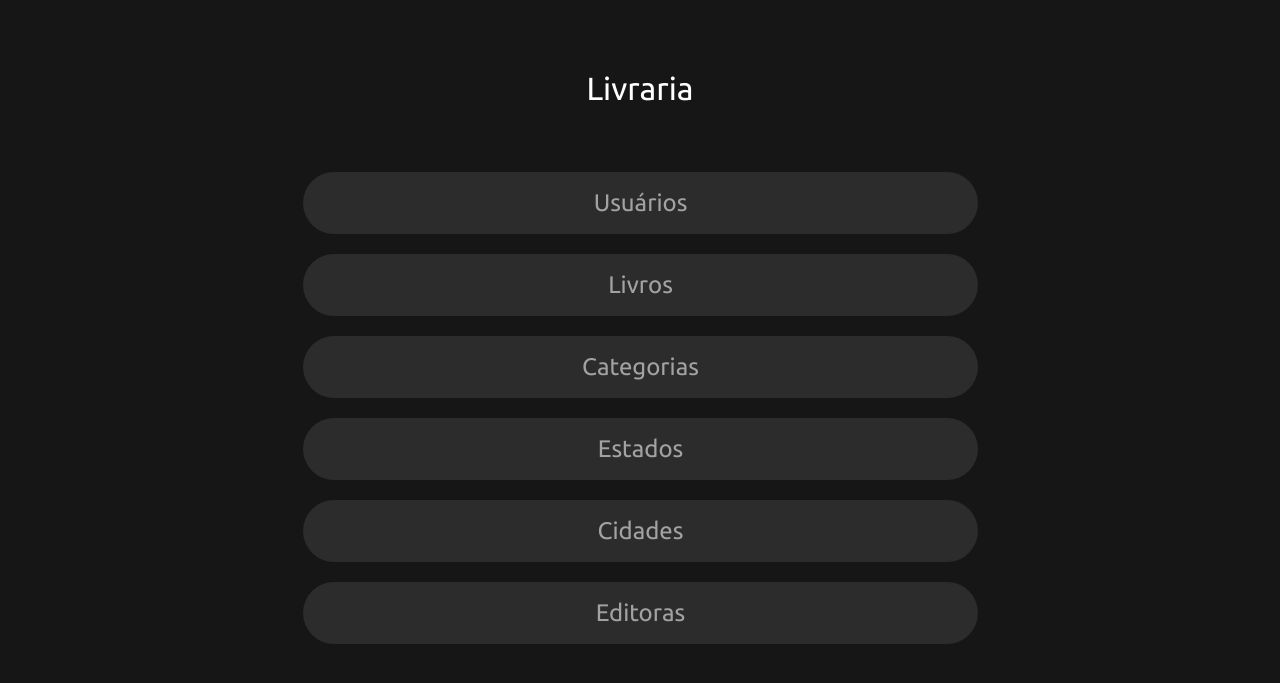
Repository: lxcxcxlxmb/moduleProject
Page: front/home.html
These files come from the project's save history. The page is drawn as it stood at one moment and after the next save; the edit follows.
The browser window is 1280 px wide. The pictures show the whole page.

Above is the page before, as saved 2022-09-06 14:59:21.

### front/home.html
<!DOCTYPE html>
<html lang="en">

<head>
    <meta name="viewport" content="width=device-width, initial-scale=1">
    <meta charset="UTF-8">
    <title>Crossroad</title>
    <link rel="stylesheet" href="style.css">
    <link rel="icon" href="favicon.ico" type="image/x-icon" />
</head>

<style type="text/css">
    @import url('https://fonts.googleapis.com/css2?family=Ubuntu&display=swa');

    :root {
        --accentColor: #35363a;
        --font: 'Ubuntu', sans-serif;
        font-display: swap;
    }

    body {
        background-color: #161616;

    }

    #userPhoto {
        width: 96px;
        height: 96px;
        display: block;
        margin: 35px auto 20px;
        border-radius: 50%;
        -webkit-box-shadow: 1px 0px 48px -11px rgba(0, 0, 0, 0.22);
        -moz-box-shadow: 1px 0px 48px -11px rgba(0, 0, 0, 0.22);
        box-shadow: 1px 0px 48px -11px rgba(0, 0, 0, 0.22);
    }

    #userName {
        color: rgb(255, 255, 255);
        font-size: 2rem;
        font-weight: 200;
        line-height: 1.25;
        margin-bottom: 4rem;
        display: block;
        font-family: var(--font);
        width: auto;
        text-align: center;
        text-decoration: none;
    }


    .footer {
        color: rgba(255, 255, 255, 0.705);
        transition: 0.5s;
        font-size: 1.2rem;
        font-weight: 200;
        line-height: 1.25;
        display: block;
        font-family: var(--font);
        width: 100%;
        text-align: center;
        text-decoration: none;
        margin-top: 50px;
        margin-bottom: 75px;
    }

    .footer:hover {
        color: rgb(255, 255, 255);
        transition: 0.5s;
    }

    #links {
        max-width: 675px;
        width: auto;
        display: block;
        margin: 27px auto;
    }

    .link {
        display: block;
        background-color: #2c2c2c;
        color: #a2a2a2;
        font-family: var(--font);
        border-radius: 40px;
        text-align: center;
        margin-bottom: 20px;
        padding: 17px;
        text-decoration: none;
        font-size: 1.5rem;
        transition: all .25s cubic-bezier(.08, .59, .29, .99);
        transition: box-shadow .5s;
    }

    .link:hover {
        background-color: #363636;
        transition: .5s;
        color: #ffffff;
        box-shadow: 0 0 31px rgba(0, 0, 0, 0.247);
        font-weight: 100;
    }

    /* Colors for social links*/

    .hvr-grow {
        -webkit-transform: perspective(1px) translateZ(0);
        transform: perspective(1px) translateZ(0);
        box-shadow: 0 0 1px rgba(0, 0, 0, 0);
        -webkit-transition-duration: 0.3s;
        transition-duration: 0.3s;
        -webkit-transition-property: transform;
        transition-property: transform;
    }

    .hvr-grow:hover,
    .hvr-grow:focus,
    .hvr-grow:active {
        -webkit-transform: scale(1.02);
        transform: scale(1.02);
    }
</style>

<body>
    <br>
    <br>
    <br>
    <a href="home.html" id="userName">Livraria</a>
    <div id="links">
        <a class="link hvr-grow" href="usersCrud.html" target="_blank">Usuários</a>
        <a class="link hvr-grow" href="https://omarzunic.com/behance" target="_blank" rel="noopener">Livros</a>
        <a class="link hvr-grow" href="https://omarzunic.com/steam" target="_blank" rel="noopener">Categorias</a>
        <a class="link hvr-grow" href="https://omarzunic.com/github" target="_blank" rel="noopener">Estados</a>
        <a class="link hvr-grow" href="https://omarzunic.com/discord" target="_blank" rel="noopener">Cidades</a>
        <a class="link hvr-grow" href="https://omarzunic.com/instagram" target="_blank" rel="noopener">Editoras</a>
    </div>
</body>

</html>

### front/style.css
* {
    box-sizing: border-box;
    font-family: -apple-system, BlinkMacSystemFont, "segoe ui", roboto, oxygen, ubuntu, cantarell, "fira sans", "droid sans", "helvetica neue", Arial, sans-serif;
    font-size: 16px;
}
body {
    background-color: #435165;
}
.login {
    width: 400px;
    background-color: #ffffff;
    box-shadow: 0 0 9px 0 rgba(0, 0, 0, 0.3);
    margin: 100px auto;
}
.login h1 {
    text-align: center;
    color: #5b6574;
    font-size: 24px;
    padding: 20px 0 20px 0;
    border-bottom: 1px solid #dee0e4;
}
.login form {
    display: flex;
    flex-wrap: wrap;
    justify-content: center;
    padding-top: 20px;
}
.login form label {
    display: flex;
    justify-content: center;
    align-items: center;
    width: 50px;
    height: 50px;
    background-color: #3274d6;
    color: #ffffff;
}
.login form input[type="password"], .login form input[type="text"] {
    width: 310px;
    height: 50px;
    border: 1px solid #dee0e4;
    margin-bottom: 20px;
    padding: 0 15px;
}
.login form input[type="button"] {
    width: 100%;
    padding: 15px;
   margin-top: 20px;
    background-color: #3274d6;
    border: 0;
    cursor: pointer;
    font-weight: bold;
    color: #ffffff;
    transition: background-color 0.2s;
}
.login form input[type="button"]:hover {
  background-color: #2868c7;
    transition: background-color 0.2s;
}

After the next save:
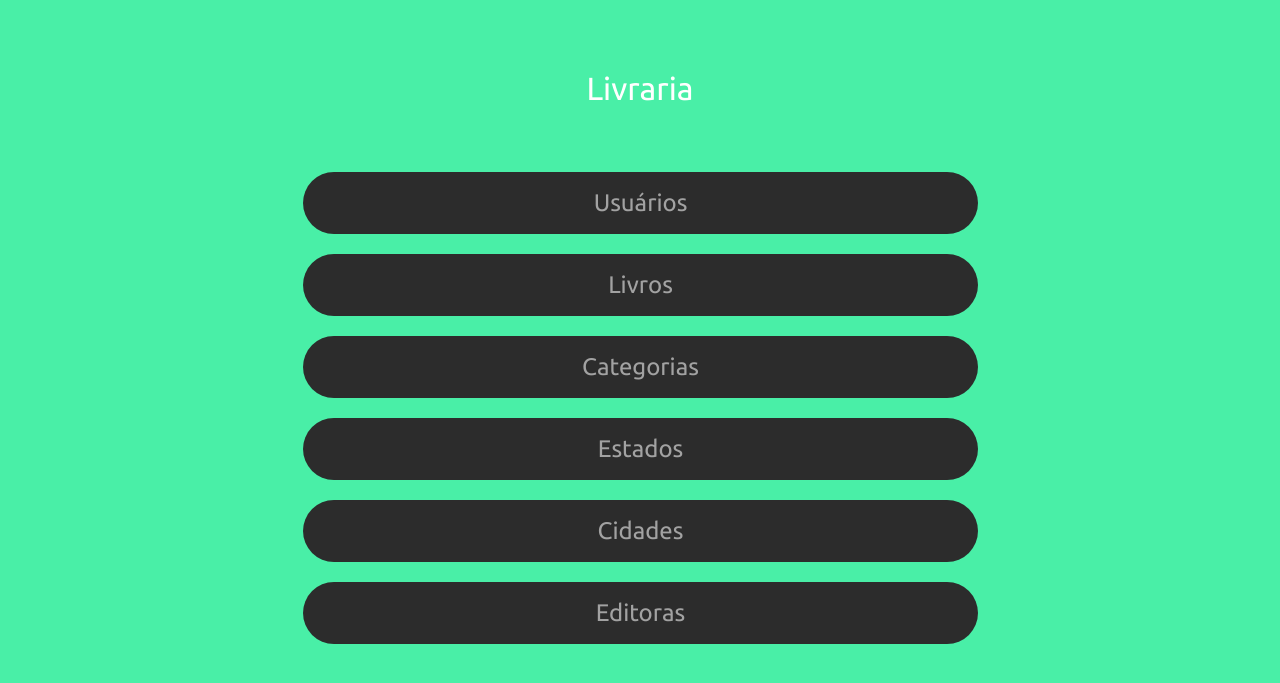
Saved 73 s later.
--- a/front/home.html
+++ b/front/home.html
@@ -19,7 +19,7 @@
     }
 
     body {
-        background-color: #161616;
+        background-color: #49efa7;
 
     }
 
